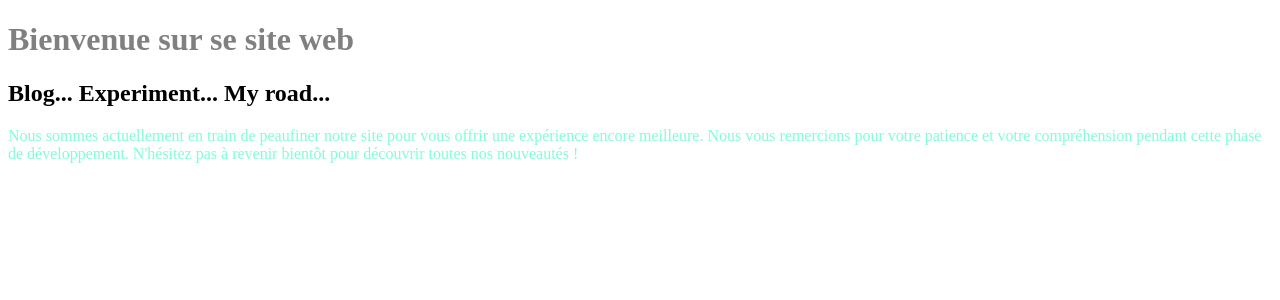
Repository: ValetteEvan/PersonalWebApp
Page: index.html
The author's editor kept a copy of each file at every save. The page is drawn from the files as they stood at one save, then again after the next save.
The browser window is 1280 px wide. The pictures show the whole page.

Above is the page before, as saved 2025-01-07 17:32:07.

### index.html
<!DOCTYPE html>
<html>

    <head>
        <meta charset="utf-8" />
        <title>Valette Evan</title>
        <link href="style.css" rel="stylesheet">
    </head>

    <body>
        <h1>Bienvenue sur se site web</h1>
        <h2>Blog... Experiment... My road...</h2>
        <p class="firstParagraph">Nous sommes actuellement en train de peaufiner notre site pour
            vous offrir une expérience encore meilleure. Nous vous remercions
            pour votre patience et votre compréhension pendant cette phase de
            développement. N'hésitez pas à revenir bientôt pour découvrir toutes nos nouveautés !
        </p>
    </body>
</html>

### style.css
h1 {
    color: gray;
}

.firstParagraph {
    color:aquamarine;
}

After the next save:
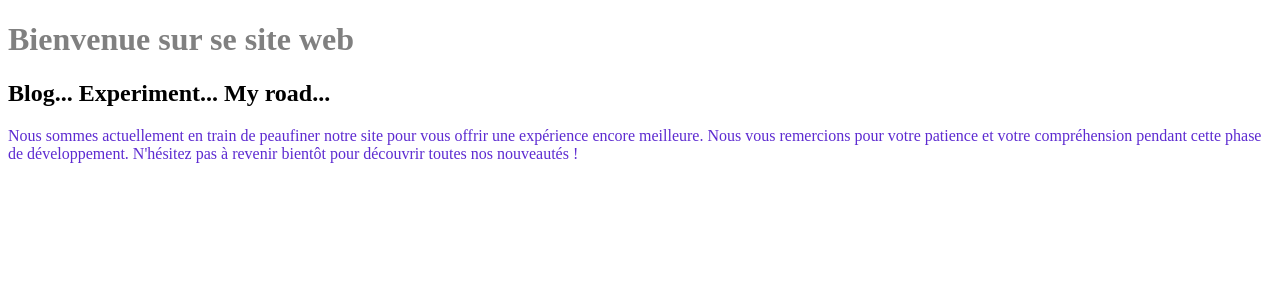
Saved 15 s later.
--- a/style.css
+++ b/style.css
@@ -3,5 +3,5 @@ h1 {
 }
 
 .firstParagraph {
-    color:aquamarine;
+    color:rgb(93, 43, 209);
 }
